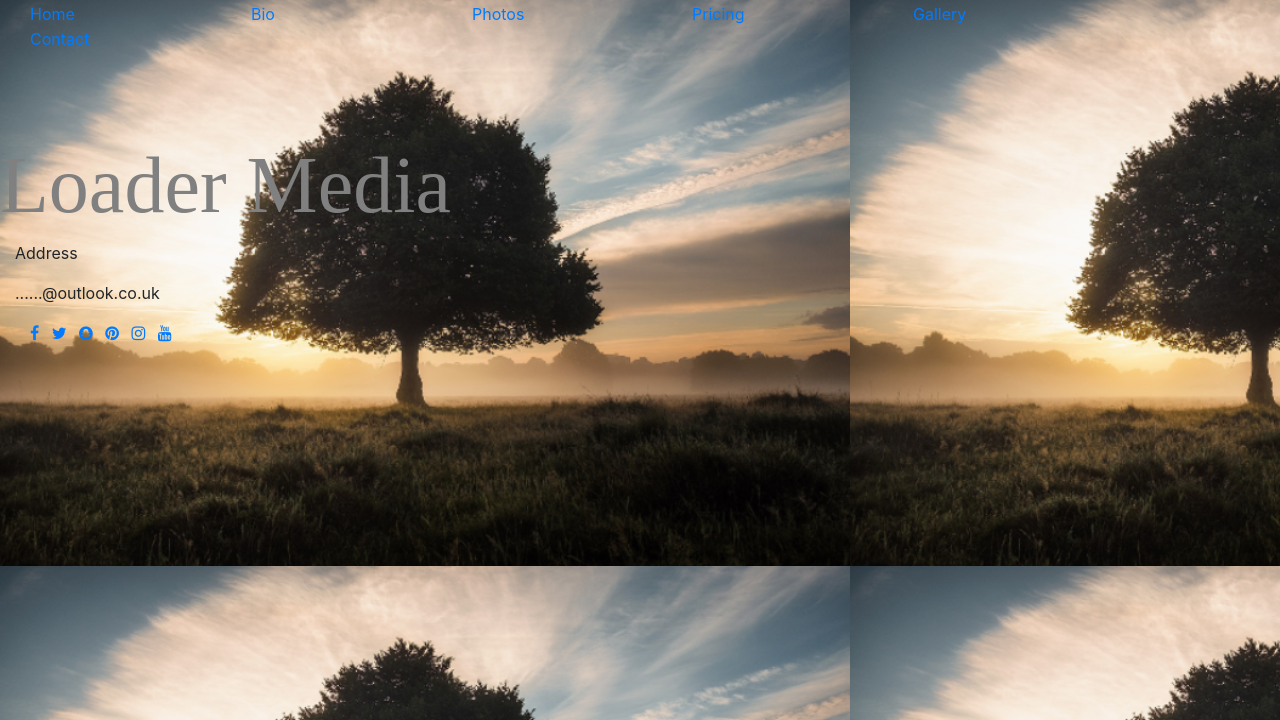
Repository: elizabeth24602/LoaderMedia
Page: index.html
The author's editor kept a record of every edit. The page is drawn from the files as they stood at one moment, then again after the next edit.
The browser window is 1280 px wide. The pictures show the whole page.
Some web fonts or font styles are not loaded; a fallback is used.

Above is the page before.
Console error: TypeError: Cannot read properties of null (reading 'textContent')
Not found: Assests/images/

After the next edit:
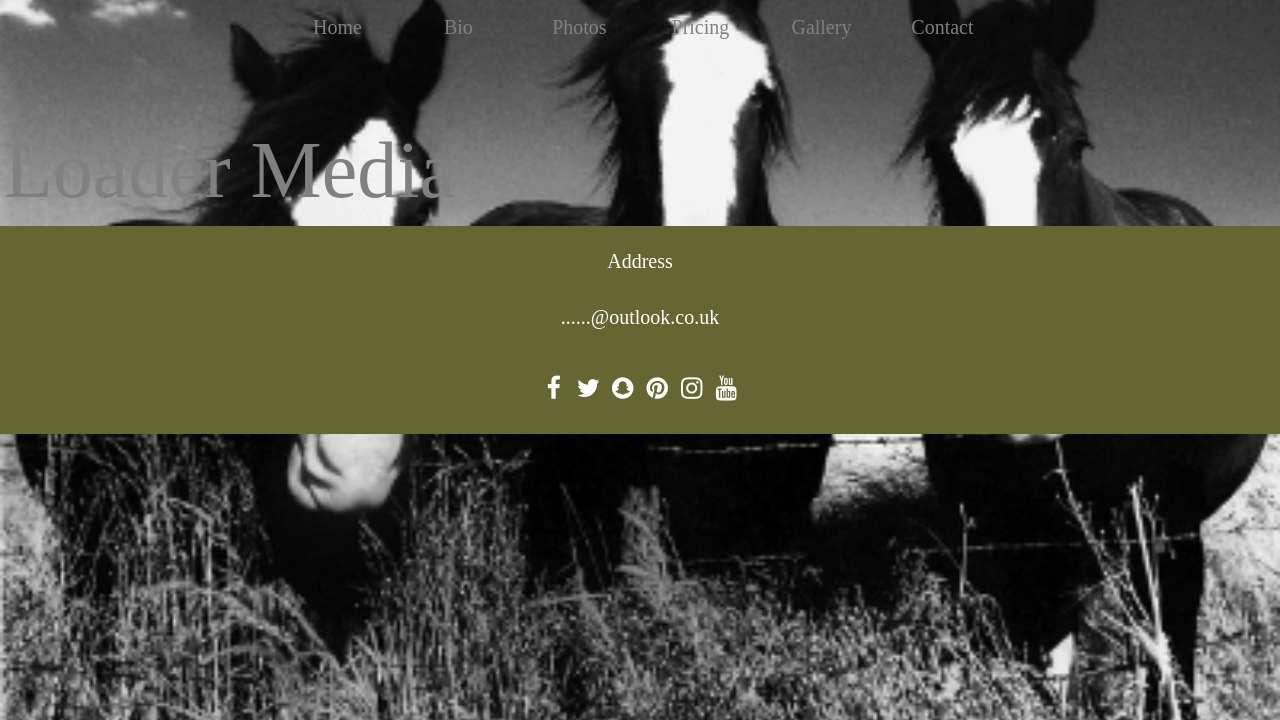
The edit:
--- a/Assests/css/style.css
+++ b/Assests/css/style.css
@@ -24,11 +24,6 @@
 
 body {
   background-image: url("landscape.jpg");
-  background-image: url("lan
-  height: 500px;
-  background-position: center;
-  background-repeat: no-repeat;
-  background-size: cover;dscape.jpg");
   background-color: #fff5ee;
   height: 500px;
   background-position: center;
